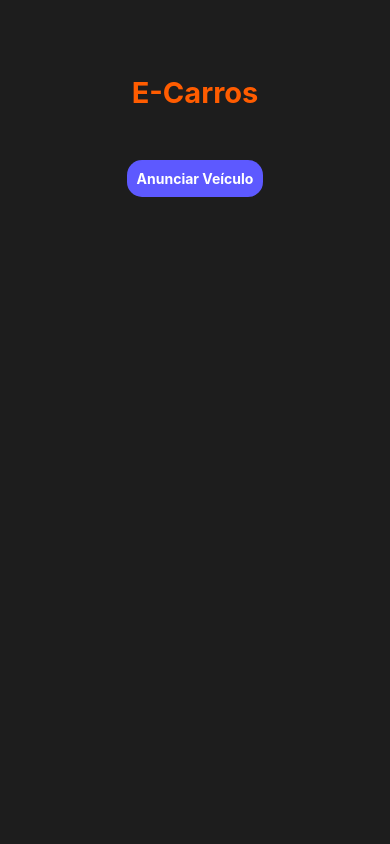
Repository: Matheus904-12/OpenAI---1
Screen: / (app in E-CARROS/)
The author's editor kept a copy of each file at every save. The screen is drawn from the files as they stood at one save, then again after the next save.
The app was drawn by React Native's web renderer in a window 390 px wide. The project was rebuilt for these pictures with package versions that can differ from the ones it lists, and the page was loaded fresh each time.

Above is the screen before, as saved 2024-04-24 20:52:16.

### E-CARROS/App.tsx
import React, { useState } from 'react';
import { StyleSheet, Text, View, TextInput, TouchableOpacity, Modal, Alert, FlatList } from 'react-native';
import Carousel from 'react-native-snap-carousel';

export default function App() {
  const [vehicles, setVehicles] = useState([]);
  const [modalVisible, setModalVisible] = useState(false);
  const [newVehicle, setNewVehicle] = useState({
    brand: '',
    model: '',
    year: '',
    mileage: '',
    price: '',
  });

  const handleAddVehicle = () => {
    if (
      newVehicle.brand === '' ||
      newVehicle.model === '' ||
      newVehicle.year === '' ||
      newVehicle.mileage === '' ||
      newVehicle.price === ''
    ) {
      Alert.alert('Erro', 'Todos os campos são obrigatórios!', [{ text: 'Ok' }]);
      return;
    }

    setVehicles([...vehicles, newVehicle]);
    setNewVehicle({
      brand: '',
      model: '',
      year: '',
      mileage: '',
      price: '',
    });
    setModalVisible(false);

    Alert.alert('Sucesso', 'Veículo anunciado com sucesso!', [{ text: 'Ok' }]);
  };

  const handleSeeMore = async (vehicle) => {
    try {
      const response = await fetch("https://api.openai.com/v1/chat/completions", {
        method: "POST",
        headers: {
          "Content-Type": "application/json",
          "Authorization": `Bearer `,
        },
        body: JSON.stringify({
          model: "gpt-3.5-turbo",
          messages: [
            {
              role: 'user',
              content: `Saber mais sobre o veículo: ${vehicle.brand} ${vehicle.model} ${vehicle.year}`
            }
          ],
          temperature: 0.7,
          max_tokens: 150,
          top_p: 1,
        })
      });

      const data = await response.json();
      const vehicleInfo = data.choices[0].message.content;

      Alert.alert('Detalhes do Veículo', vehicleInfo, [{ text: 'Ok' }]);
    } catch (error) {
      console.error('Erro ao obter informações do veículo:', error);
      Alert.alert('Erro', 'Erro ao obter informações do veículo. Por favor, tente novamente mais tarde.', [{ text: 'Ok' }]);
    }
  };

  const renderItem = ({ item }) => {
    return (
      <View style={styles.vehicleItem}>
        <Text style={styles.vehicleText}>{`Marca: ${item.brand}`}</Text>
        <Text style={styles.vehicleText}>{`Modelo: ${item.model}`}</Text>
        <Text style={styles.vehicleText}>{`Ano: ${item.year}`}</Text>

        <TouchableOpacity
          style={styles.contactButton}
          onPress={() => handleSeeMore(item)}
        >
          <Text style={styles.contactButtonText}>Saber Mais</Text>
        </TouchableOpacity>
      </View>
    );
  };

  return (
    <View style={styles.container}>
      <Text style={styles.header}>E-Carros</Text>
      <TouchableOpacity
        style={styles.addButton}
        onPress={() => setModalVisible(true)}
      >
        <Text style={styles.addButtonText}>Anunciar Veículo</Text>
      </TouchableOpacity>
      <Modal
        animationType="slide"
        transparent={true}
        visible={modalVisible}
        onRequestClose={() => setModalVisible(false)}
      >
        <View style={styles.modalContainer}>
          <View style={styles.modalContent}>
            <Text style={styles.modalTitle}>Novo Veículo</Text>
            <TextInput
              style={styles.input}
              placeholder="Marca"
              value={newVehicle.brand}
              onChangeText={text => setNewVehicle({...newVehicle, brand: text})}
            />
            <TextInput
              style={styles.input}
              placeholder="Modelo"
              value={newVehicle.model}
              onChangeText={text => setNewVehicle({...newVehicle, model: text})}
            />
            <TextInput
              style={styles.input}
              placeholder="Ano"
              value={newVehicle.year}
              onChangeText={year => setNewVehicle({...newVehicle, year: year})}
            />
            <TextInput
              style={styles.input}
              placeholder="Quilometragem"
              value={newVehicle.mileage}
              onChangeText={number => setNewVehicle({...newVehicle, mileage: number})}
            />
            <TextInput
              style={styles.input}
              placeholder="Preço"
              value={newVehicle.price}
              onChangeText={number => setNewVehicle({...newVehicle, price: number})}
            />
            <TouchableOpacity
              style={styles.addButton}
              onPress={handleAddVehicle}
            >
              <Text style={styles.addButtonText}>Anunciar</Text>
            </TouchableOpacity>
            <TouchableOpacity
              style={[styles.addButton, styles.cancelButton]}
              onPress={() => setModalVisible(false)}
            >
              <Text style={styles.addButtonText}>Cancelar</Text>
            </TouchableOpacity>
          </View>
        </View>
      </Modal>
      <FlatList
        style={styles.vehicleList}
        data={vehicles}
        renderItem={renderItem}
        keyExtractor={(item, index) => index.toString()}
      />
    </View>
  );
}

const styles = StyleSheet.create({
  container: {
    flex: 1,
    backgroundColor: '#1d1d1d',
    alignItems: 'center',
    paddingTop: 40,
  },
  header: {
    fontSize: 29,
    fontWeight: 'bold',
    marginBottom: 20,
    color: '#FF5C00',
    paddingTop: 35,
  },
  addButton: {
    backgroundColor: '#5D59FF',
    padding: 10,
    borderRadius: 15,
    marginBottom: 20,
    marginTop: 30,
  },
  addButtonText: {
    color: 'white',
    fontWeight: 'bold',
    textAlign: 'center',
  },
  vehicleList: {
    flex: 1,
    width: '100%',
  },
  vehicleItem: {
    backgroundColor: 'white',
    padding: 20,
    marginBottom: 20,
    borderRadius: 15,
    shadowColor: '#000',
    shadowOffset: { width: 100, height: 20 },
    shadowOpacity: 0.1,
    shadowRadius: 4,
    elevation: 2,
    marginTop: 40,
    marginRight: 25,
    marginLeft: 25,
  },
  vehicleText: {
    fontSize: 16,
    marginBottom: 10,
  },
  contactButton: {
    backgroundColor: '#4CD964',
    padding: 5,
    borderRadius: 8,
    marginTop: 10,
  },
  contactButtonText: {
    color: 'white',
    fontWeight: 'bold',
    textAlign: 'center',
  },
  modalContainer: {
    flex: 1,
    justifyContent: 'center',
    alignItems: 'center',
    backgroundColor: 'rgba(79, 79, 89, 1)',
  },
  modalContent: {
    backgroundColor: 'white',
    padding: 20,
    borderRadius: 10,
    width: '80%',
  },
  modalTitle: {
    fontSize: 20,
    fontWeight: 'bold',
    marginBottom: 20,
  },
  input: {
    borderWidth: 1,
    borderColor: '#000000',
    borderRadius: 8,
    padding: 10,
    marginBottom: 20,
  },
  cancelButton: {
    backgroundColor: '#FF5c00',
  },
});

After the next save:
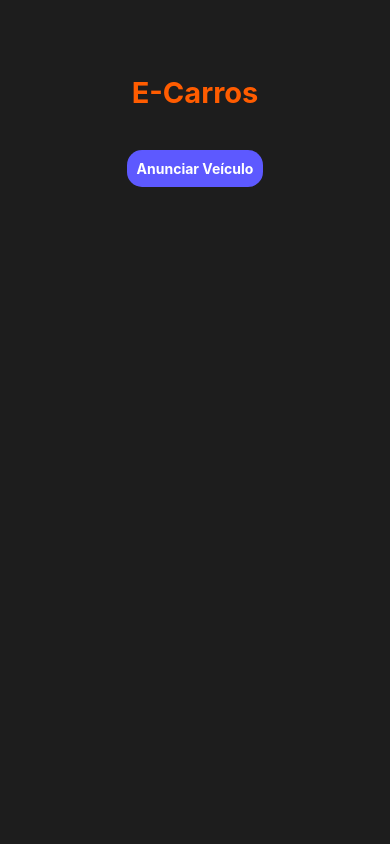
Saved 5 s later.
--- a/E-CARROS/App.tsx
+++ b/E-CARROS/App.tsx
@@ -179,7 +179,7 @@ const styles = StyleSheet.create({
     padding: 10,
     borderRadius: 15,
     marginBottom: 20,
-    marginTop: 30,
+    marginTop: 20,
   },
   addButtonText: {
     color: 'white',
